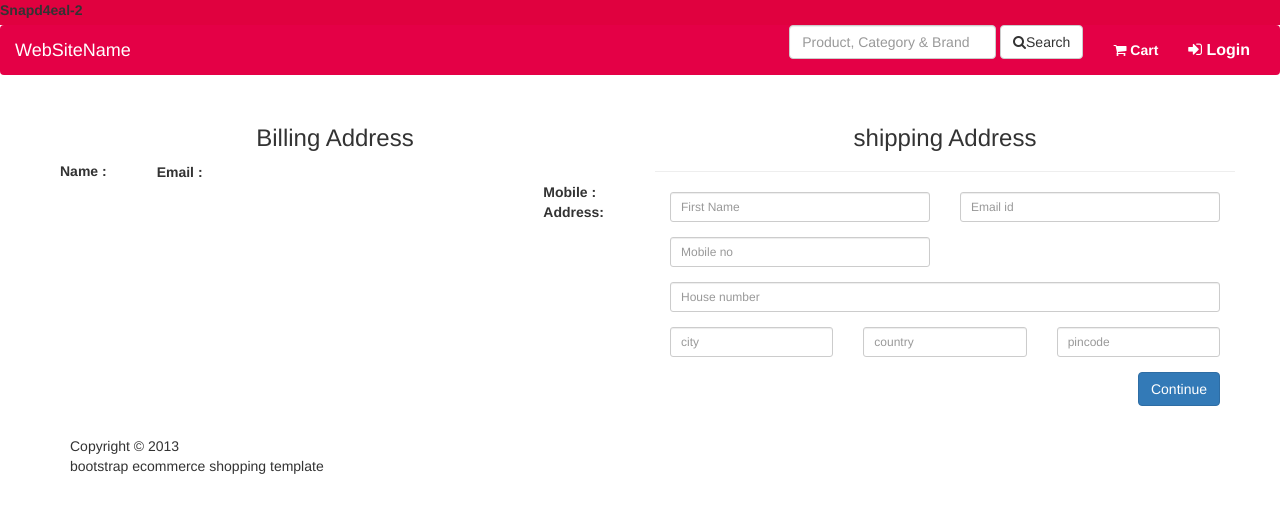
Repository: Aryans26/project
Page: http://localhost/frontend/WEB-INF/views/addressorder.jsp
The author's editor kept a copy of each file at every save. The page is drawn from the files as they stood at one save, then again after the next save.
The browser window is 1280 px wide. The pictures show the whole page.
Some web libraries are served in a nearby version. The page is served by Tomcat 9. Nobody is signed in. Other server files are loaded and not shown. The template is opened directly, without the code that normally fills it, so the values that code supplies are empty.

Above is the page before, as saved 2017-06-21 09:21:46.

### frontend/src/main/webapp/WEB-INF/views/addressorder.jsp
<%@ taglib prefix="c" uri="http://www.springframework.org/tags"%>
<%@ taglib prefix="form" uri="http://www.springframework.org/tags/form"%>
<!doctype html>
<html>
<head>
<c:url value="/resource" var="res" />

<!-- <link rel="stylesheet" ref="https://maxcdn.bootstrapcdn.com/bootstrap/3.3.7/css/bootstrap.min.css"> -->
<script
	src="https://ajax.googleapis.com/ajax/libs/jquery/3.2.1/jquery.min.js"></script>
<script
	src="https://maxcdn.bootstrapcdn.com/bootstrap/3.3.7/js/bootstrap.min.js"></script>
<link rel="stylesheet" href="${res}/css/bootstrap.min.css" />
<link rel="stylesheet" href="${res}/css/style.css" />
<link rel="stylesheet" href="${res}/css/font-awesome/css/font-awesome.min.css" />

</head>
<body>
	<%@include file="navbar.jsp"%>
	<div class="span11">

	<div class="col-md-12  col-sm-12  col-xs-8 "
	style="background: #fff; padding: 30px;">

	<div class="col-md-6 col-sm-6 col-xs-12 billing-add">
		<h3 class="text-center">Billing Address</h3>
		<div class="col-md-2 col-sm-3 b-r"><b>Name :</b></div><div class="col-md-10 col-sm-9">${user.getU_name()} </div>
		<div class="col-md-2 col-sm-3 b-r"><b>Email :</b></div><div class="col-md-10 col-sm-9">${user.getU_email()}</div>
		<div class="col-md-2 col-sm-3 b-r"><b>Mobile :</b></div><div class="col-md-10 col-sm-9">${user.getU_phoneno()}</div>
		<div class="col-md-2 col-sm-3 b-r"><b>Address:</b></div><div class="col-md-10 col-sm-9">${billing.getHouse_no()}<br>
		${billing.getStreet_name()}<br>${billing.getCity()}<br>${billing.getState()}<br>${billing.getCountry()}<br>
		${billing.getPincode()}<br>
		</div>

	</div>


	<div class="col-md-6 shipping col-sm-6 col-xs-12">
		<h3 class="text-center">shipping Address</h3>

		<hr>
	<c:url value="/orderConfirm" var="a"/>
		<form:form action="${a}" method="post" commandName="shippingAddress">


		<div class="col-xs-6 col-sm-6 col-md-6">
			<div class="form-group">
				<form:input type="text" name="first_name" id="first_name" class="form-control input-sm" placeholder="First Name" path="Ship_name"/>
			</div>
		</div>
<!-- 		<div class="col-xs-6 col-sm-6 col-md-6"> -->
<!-- 			<div class="form-group"> -->
<%-- 				<form:input type="text" name="last_name" id="last_name" class="form-control input-sm" placeholder="Last Name" path="lastname"/>  --%>
<!-- 			</div> -->
<!-- 		</div> -->

		<div class="col-xs-6 col-sm-6 col-md-6">
			<div class="form-group">
				<form:input type="text" name="first_name" id="first_name" class="form-control input-sm" placeholder="Email id" path="Ship_email"/>
			</div>
		</div>
		<div class="col-xs-6 col-sm-6 col-md-6">
			<div class="form-group">
				<form:input type="text" name="Mobile_no" class="form-control input-sm" placeholder="Mobile no" path="Ship_mono"/>
		</div>
</div>
		<div class="col-xs-12 col-sm-12 col-md-12">
			<div class="form-group">
				<form:input type="text" class="form-control input-sm" placeholder="House number" path="Ship_houseno"/>

			</div>
		</div>

		<div class="col-xs-12 col-sm-4 col-md-4">
			<div class="form-group">
				<form:input type="text"	class="form-control input-sm" placeholder="city" path="Ship_city"/>
			</div>
		</div>
		<div class="col-xs-12 col-sm-4 col-md-4">
			<div class="form-group">
				<form:input type="text"	class="form-control input-sm" placeholder="country" path="Ship_country"/>
			</div>
		</div>

		<div class="col-xs-12 col-sm-4 col-md-4">
			<div class="form-group">
				<form:input type="text" class="form-control input-sm" placeholder="pincode" path="Ship_pincode" />
			</div>
		</div>

	<div class="col-md-12">
		<input type="submit" class="btn btn-primary pull-right" value="Continue">
	</div>
   </form:form>
</div>
</div></div>
<!--
Footer
-->

<!-- /container -->

<div class="copyright">
<div class="container">

	<span>Copyright &copy; 2013<br> bootstrap ecommerce shopping template</span>
</div>
</div>
<a href="#" class="gotop"><i class="icon-double-angle-up"></i></a>

  </body>
</html>

### frontend/src/main/webapp/WEB-INF/views/navbar.jsp
<%@ taglib prefix="c" uri="http://www.springframework.org/tags"%>
<%@ taglib prefix="form" uri="http://www.springframework.org/tags/form"%>
<%@ taglib prefix="security" uri="http://www.springframework.org/security/tags" %>
<%@ taglib prefix="c1" uri="http://java.sun.com/jsp/jstl/core"%>
<!DOCTYPE html >
<html>
<head>
<meta http-equiv="Content-Type" content="text/html; charset=ISO-8859-1">
<title>Insert title here</title>
</head>
<body>
	<div class="headder">
		<b>Snapd4eal-2</b>
	</div>

	<nav class="navbar navbar-default" style="color: white;">
		<div class="container-fluid">
			<div class="navbar-header">
				<button type="button" class="navbar-toggle" data-toggle="collapse" data-target="#myNavbar">
					<span class="icon-bar"></span> <span class="icon-bar"></span>
					<span class="icon-bar"></span>
				</button>
				<a class="navbar-brand" href="<c:url value="/"/>"
					style="color: white;">WebSiteName</a>
				<form class="navbar-form navbar-right visible-sm visible-xs">
					<div class="form-group">
						<input type="text" class="form-control"
							placeholder="Product, Category & Brand">
					</div>
					<button type="submit" class="btn btn-default">
						<i class="fa fa-search"></i>Search
					</button>

				</form>
			</div>
			<div class="collapse navbar-collapse" id="myNavbar">
			<c1:if test="${pageContext.request.userPrincipal.name!=null}">
			<security:authorize access="hasRole('ROLE_ADMIN')">
				<ul class="nav navbar-nav">
					<li style="color: white;"><a
						href="<c:url value="/category"/>">Add Category</a></li>
					<li style="color: white;"><a
						href="<c:url value="/addproduct"/>">Add Product</a></li>
					<li style="color: white;"><a
						href="<c:url value="/supplier"/>">Add Supplier</a></li>
<!-- 					<li style="color: white;"><a -->
<%-- 						href="<c:url value="/addcard"/>">Add Card</a></li> --%>

				</ul>
				</security:authorize>
				</c1:if>
				<ul class="nav navbar-nav navbar-right">
					<li><a href="<c:url value="/viewcart"/>"><i class="fa fa-shopping-cart"></i>
							Cart</a></li>

					<li class="dropdown"><a href="#" class="dropbtn"><span
							class="fa fa-sign-in"></span>
							<c1:if test="${pageContext.request.userPrincipal.name==null}"> Login </c1:if>
							 <c1:if test="${pageContext.request.userPrincipal.name!=null}">  Logout</c1:if></a>

						<div class="dropdown-content">
							<a href="#">your account</a>
							<a href="#">your orders</a>
							<c1:if test="${pageContext.request.userPrincipal.name==null}">

							<a href="<c:url value="/users"/>" class="hvr-reg-bordertop" > new user ?<br>
							<b>register</b></a>
<%-- <a href="<c:url value="/login"/>"><button type="button" class="btn btn-danger" style="width: 90%; margin: 10px;">Login</button></a> --%>
							<button type="button" class="btn btn-danger" data-toggle="modal"
								data-target="#myModal" style="width: 90%; margin: 10px;">Login</button>
								</c1:if>

								<c1:if test="${pageContext.request.userPrincipal.name!=null}">
					<a href="<c:url value="/j_spring_security_logout"/>"><button type="button" class="btn btn-danger" >Logout</button></a>
								</c1:if>
						</div></li>

				</ul>
				<form class="navbar-form navbar-right hidden-sm hidden-xs">
					<div class="form-group">
						<input type="text" class="form-control"
							placeholder="Product, Category & Brand">
					</div>
					<button type="submit" class="btn btn-default">
						<i class="fa fa-search"></i>Search
					</button>

				</form>

			</div>
		</div>
	</nav>


	<!-- Modal -->
	<div class="modal fade" id="myModal" role="dialog">
		<div class="modal-dialog modal-lg">
			<div class="modal-content">
				<div class="modal-header">
					<button type="button" class="close" data-dismiss="modal">&times;</button>
					<h4 class="modal-title">Login</h4>
				</div>
				<div class="modal-body">
				<c1:url value="/j_spring_security_check" var="a"/>
					<form role="form" method="post" action="${a} ">
						<div class="form-group">
				<label for="email">Email address:</label>
				<input type="email" class="form-control" id="email" name="j_username" placeholder="Email Id">
						</div>
						<div class="form-group">
				<label for="pwd">Password:</label>
				 <input type="password" class="form-control" id="pwd" name="j_password" placeholder="Password">
						</div>
						<div class="checkbox">
							<label><input type="checkbox"> Remember me</label>
						</div>
						<a class="cursor" data-dismiss="modal" data-toggle="modal"
							data-target="#myModal1">new User ? <b>register</b></a>
						<button type="submit" class="btn btn-success">Submit</button>
					</form>
				</div>
				<div class="modal-footer">
					<button type="button" class="btn btn-default" data-dismiss="modal">Close</button>
				</div>
			</div>
		</div>
	</div>

</body>
</html>

### frontend/src/main/webapp/resource/css/style.css
@charset "utf-8";
/* CSS Document */
.headder {
	min-height: 25px;
	background-color: #E0013F;
}

.navbar-default, .navbar-default li {
	background-color: #e40046;
	color: white;
}

.navbar-default li a {
	color: #FFF;
	font-weight: bold;
}

.navbar-nav li:hover, .navbar-nav li:focus, .navbar-nav li:active {
	background-color: #333;
}

.navbar-nav dropdown:hover {
	background-color: #333;
}

.dropbtn {
	color: white;
	padding: 16px;
	font-size: 16px;
	border: none;
	cursor: pointer;
}

.
.dropdown:hover {
	background-color: #333;
	color: white;
	padding: 16px;
	font-size: 16px;
	border: none;
	cursor: pointer;
}

.dropdown {
	position: relative;
	display: inline-block;
}

.dropdown-content {
	display: none;
	position: absolute;
	background-color: #333;
	min-width: 160px;
	right: 5px;
	box-shadow: 0px 8px 16px 0px rgba(0, 0, 0, 0.2);
	z-index: 1;
}

.dropdown-content a {
	color: black;
	font-size: 14px !important;
	font-weight: normal !important;
	text-align: center;
	padding: 12px 16px;
	text-decoration: none;
	display: block;
}

.dropdown-content a:hover {
	background-color: #000;
}

.dropdown:hover .dropdown-content {
	display: block;
}

.dropdown:hover .dropbtn {
	background-color: #333;
}

.dropdown-content .hvr-reg-bordertop {
	border-top: 1px solid #999;
	padding-top: 20px;
	margin-bottom: 0;
	padding-bottom: 0;
}

.cursor {
	cursor: pointer;
}

.form-fill{
	max-width:500px;
	box-shadow:2px 2px 8px  grey;
	padding:30px 20px;
	margin:10px auto;
	border-radius:10px;
}

.form-list-table{
	border:2px solid grey;
	box-shadow:4px 4px 8px grey;
	border-radius:10px;
}
.head3{
	color:#e40046;
	font-weight:bold;
	text-align:center;
	text-shadow:2px 2px 4px grey;
}

.items-list-head > div{
	Color:red;
	text-align:center;
	font-weight:bolder;
	font-size:20px;
}
.items-list > div{
	border-top:1px solid grey;
	line-height:40px;
	text-align:center;
	font-weight:bold;
}

.box-shadow{
	border-radius:10px;
	box-shadow:2px 2px 8px grey;
}

.list-head{
	font-size:16px;
	font-weight:bold;
	text-shadow:1px 1px 1px grey;
}

.billing-add>div>b{
	text-align:right;
}

Loaded but not shown: frontend/src/main/webapp/resource/css/bootstrap.min.css (library); frontend/src/main/webapp/resource/css/font-awesome/css/font-awesome.min.css (library)

After the next save:
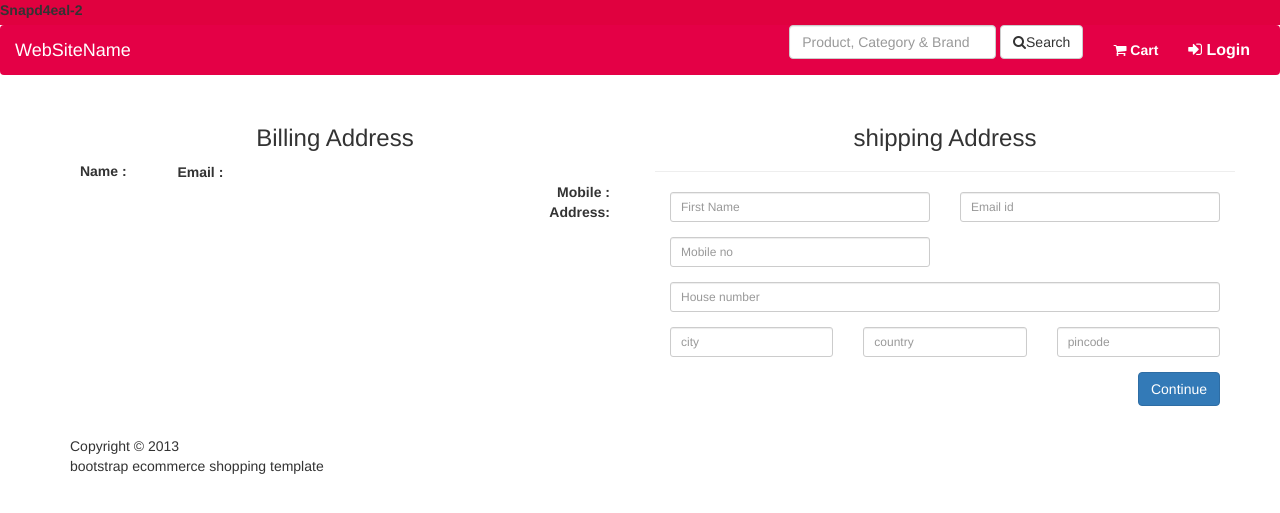
Saved 10 s later.
--- a/frontend/src/main/webapp/resource/css/style.css
+++ b/frontend/src/main/webapp/resource/css/style.css
@@ -133,6 +133,6 @@
 	text-shadow:1px 1px 1px grey;
 }
 
-.billing-add>div>b{
+.billing-add .b-r{
 	text-align:right;
 }
